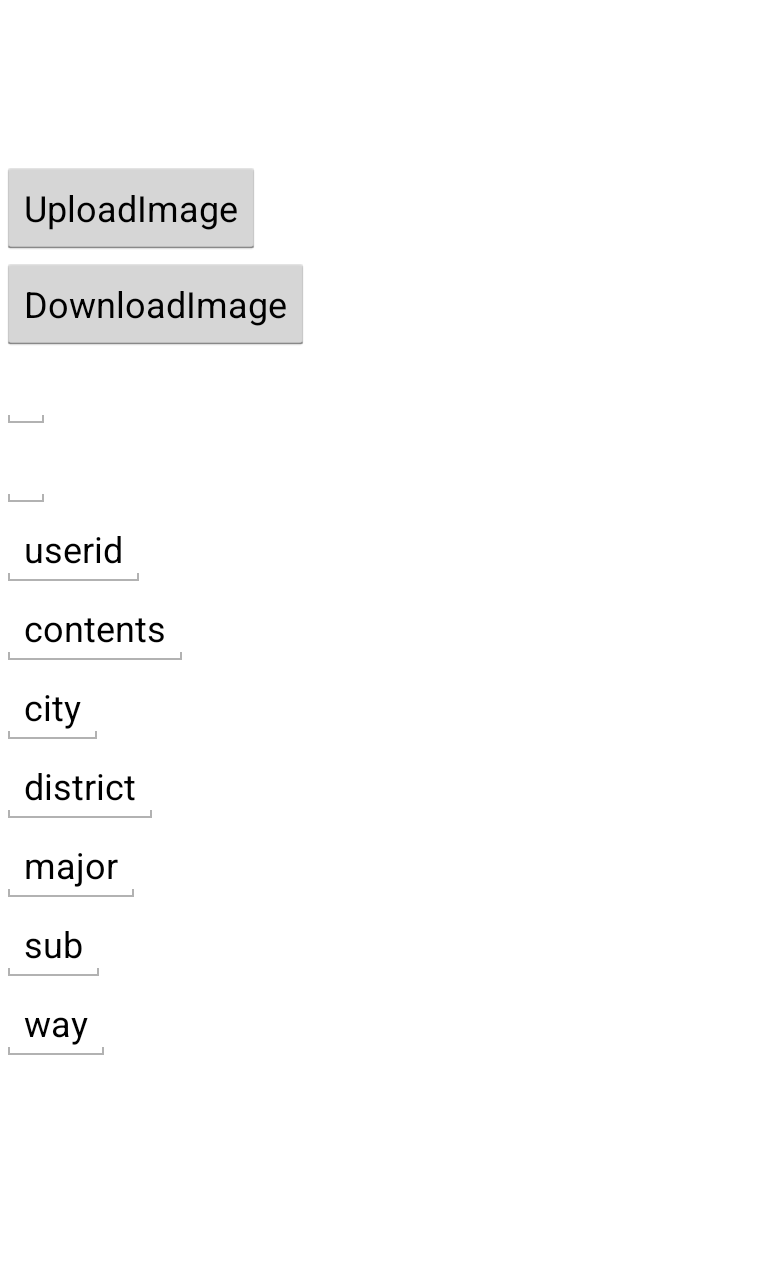
Repository: HSUmod/nanumi
Layout: Nanumi/ImageSendTest/res/layout/activity_main.xml
These files come from the project's save history. The layout is drawn as it stood at one moment and after the next save; the edit follows.
It is drawn on a 768 x 1280 px phone screen (xhdpi) without system bars, with theme AppTheme; the app's code is not run.

Above is the layout before, as saved 2015-11-17 07:31:30.

### Nanumi/ImageSendTest/res/layout/activity_main.xml
<LinearLayout xmlns:android="http://schemas.android.com/apk/res/android"
    xmlns:tools="http://schemas.android.com/tools"
    android:layout_width="match_parent"
    android:layout_height="match_parent"
    android:orientation="vertical"
    tools:context="com.example.imagesendtest.MainActivity" >

    <LinearLayout
        android:layout_width="match_parent"
        android:layout_height="wrap_content"
        android:orientation="horizontal" >

        <ImageView
            android:id="@+id/imageToUpload"
            android:layout_width="80dp"
            android:layout_height="80dp" />

        <ImageView
            android:id="@+id/downloadedImage"
            android:layout_width="80dp"
            android:layout_height="80dp" />
    </LinearLayout>

    <Button
        android:id="@+id/bUploadImage"
        android:layout_width="wrap_content"
        android:layout_height="wrap_content"
        android:text="UploadImage" />

    <Button
        android:id="@+id/bDownloadImage"
        android:layout_width="wrap_content"
        android:layout_height="wrap_content"
        android:text="DownloadImage" />

    <EditText
        android:id="@+id/uploadImageName"
        android:layout_width="wrap_content"
        android:layout_height="wrap_content" />

    <EditText
        android:id="@+id/downloadImageName"
        android:layout_width="wrap_content"
        android:layout_height="wrap_content" />

    <EditText
        android:id="@+id/userid"
        android:layout_width="wrap_content"
        android:layout_height="wrap_content"
        android:text="userid" />

    <EditText
        android:id="@+id/contents"
        android:layout_width="wrap_content"
        android:layout_height="wrap_content"
        android:text="contents" />

    <EditText
        android:id="@+id/city"
        android:layout_width="wrap_content"
        android:layout_height="wrap_content"
        android:text="city" />

    <EditText
        android:id="@+id/district"
        android:layout_width="wrap_content"
        android:layout_height="wrap_content"
        android:text="district" />

    <EditText
        android:id="@+id/major"
        android:layout_width="wrap_content"
        android:layout_height="wrap_content"
        android:text="major" />

    <EditText
        android:id="@+id/sub"
        android:layout_width="wrap_content"
        android:layout_height="wrap_content"
        android:text="sub" />

    <EditText
        android:id="@+id/selectionWay"
        android:layout_width="wrap_content"
        android:layout_height="wrap_content"
        android:text="way" />

</LinearLayout>

Loaded but not shown: Nanumi/ImageSendTest/res/values/styles.xml (common file); Nanumi/ImageSendTest/res/values-v11/styles.xml (common file); Nanumi/ImageSendTest/res/values-v14/styles.xml (common file)

After the next save:
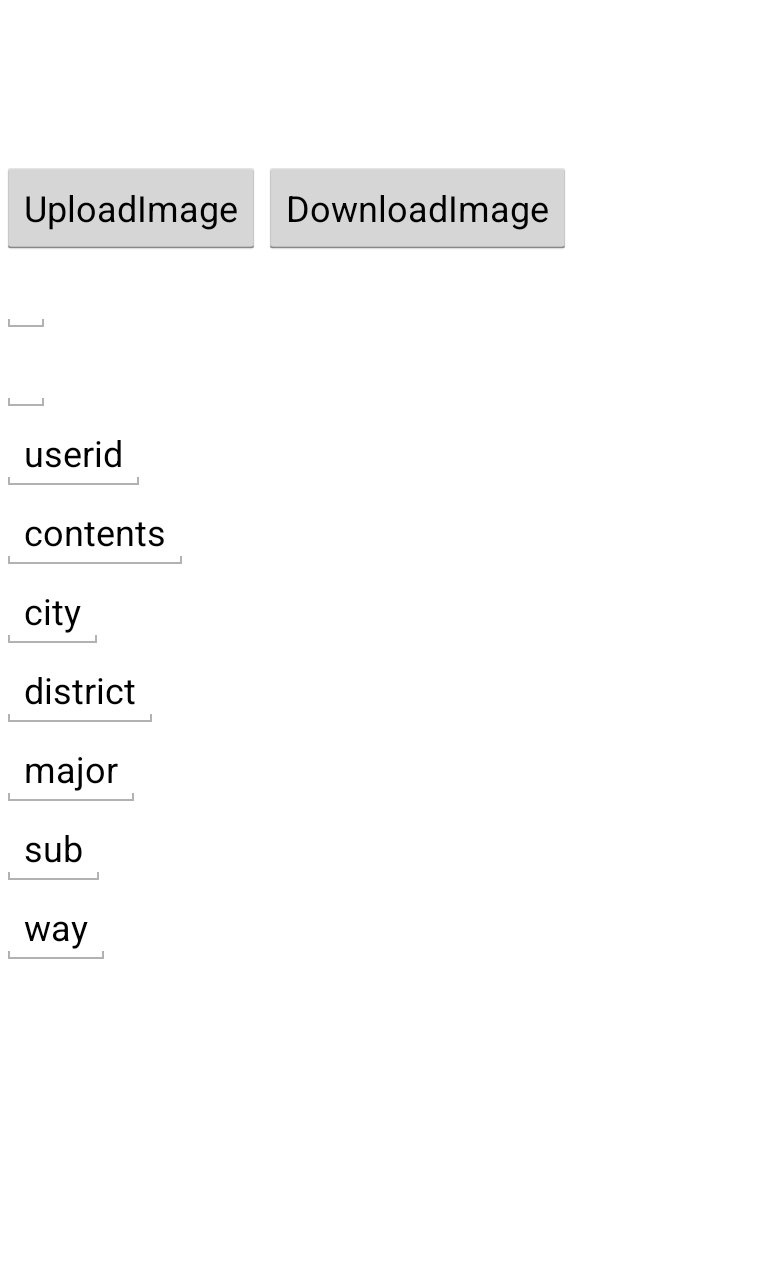
Saved 47 s later.
--- a/Nanumi/ImageSendTest/res/layout/activity_main.xml
+++ b/Nanumi/ImageSendTest/res/layout/activity_main.xml
@@ -21,17 +21,23 @@
             android:layout_height="80dp" />
     </LinearLayout>
 
-    <Button
-        android:id="@+id/bUploadImage"
-        android:layout_width="wrap_content"
+    <LinearLayout
+        android:layout_width="match_parent"
         android:layout_height="wrap_content"
-        android:text="UploadImage" />
+        android:orientation="horizontal" >
 
-    <Button
-        android:id="@+id/bDownloadImage"
-        android:layout_width="wrap_content"
-        android:layout_height="wrap_content"
-        android:text="DownloadImage" />
+        <Button
+            android:id="@+id/bUploadImage"
+            android:layout_width="wrap_content"
+            android:layout_height="wrap_content"
+            android:text="UploadImage" />
+
+        <Button
+            android:id="@+id/bDownloadImage"
+            android:layout_width="wrap_content"
+            android:layout_height="wrap_content"
+            android:text="DownloadImage" />
+    </LinearLayout>
 
     <EditText
         android:id="@+id/uploadImageName"
